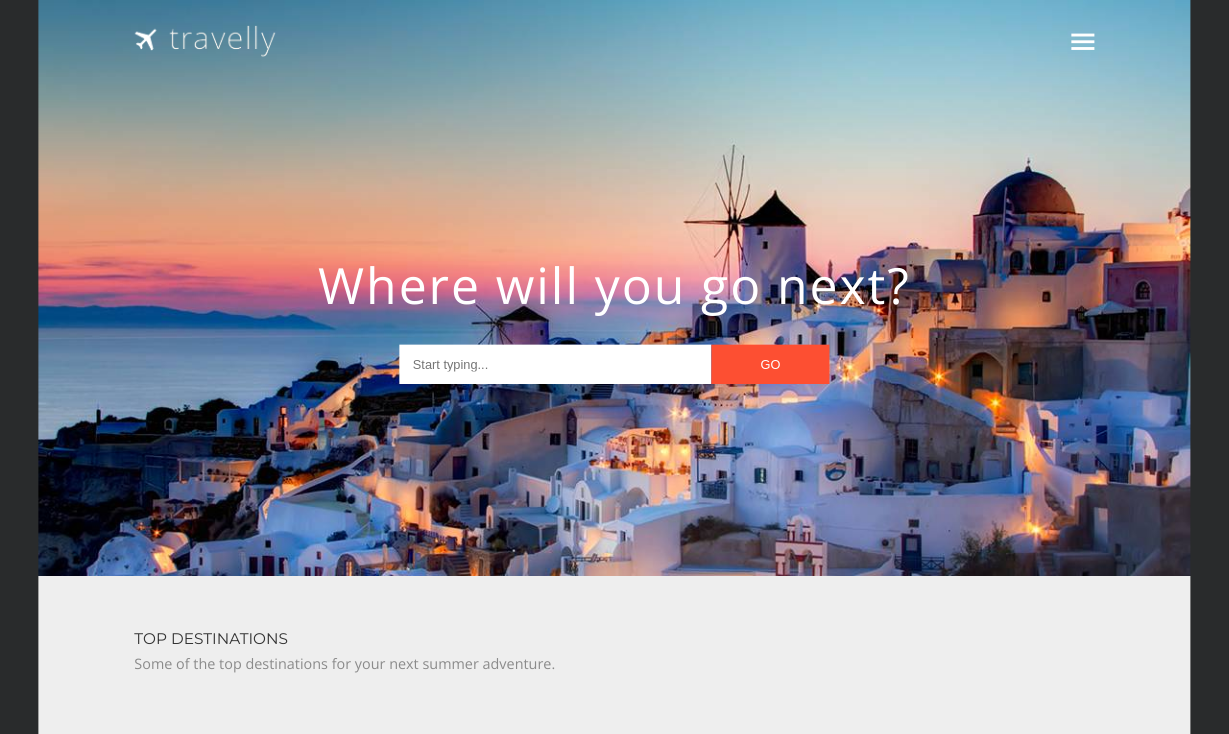
Repository: YusifHasanov/Web-Page-Template
Page: index.html
The author's editor kept a copy of each file at every save. The page is drawn from the files as they stood at one save, then again after the next save.
The browser window is 1280 px wide. The pictures show the whole page, at 96% of full size.

Above is the page before, as saved 2021-12-05 21:21:35.

After the next save:
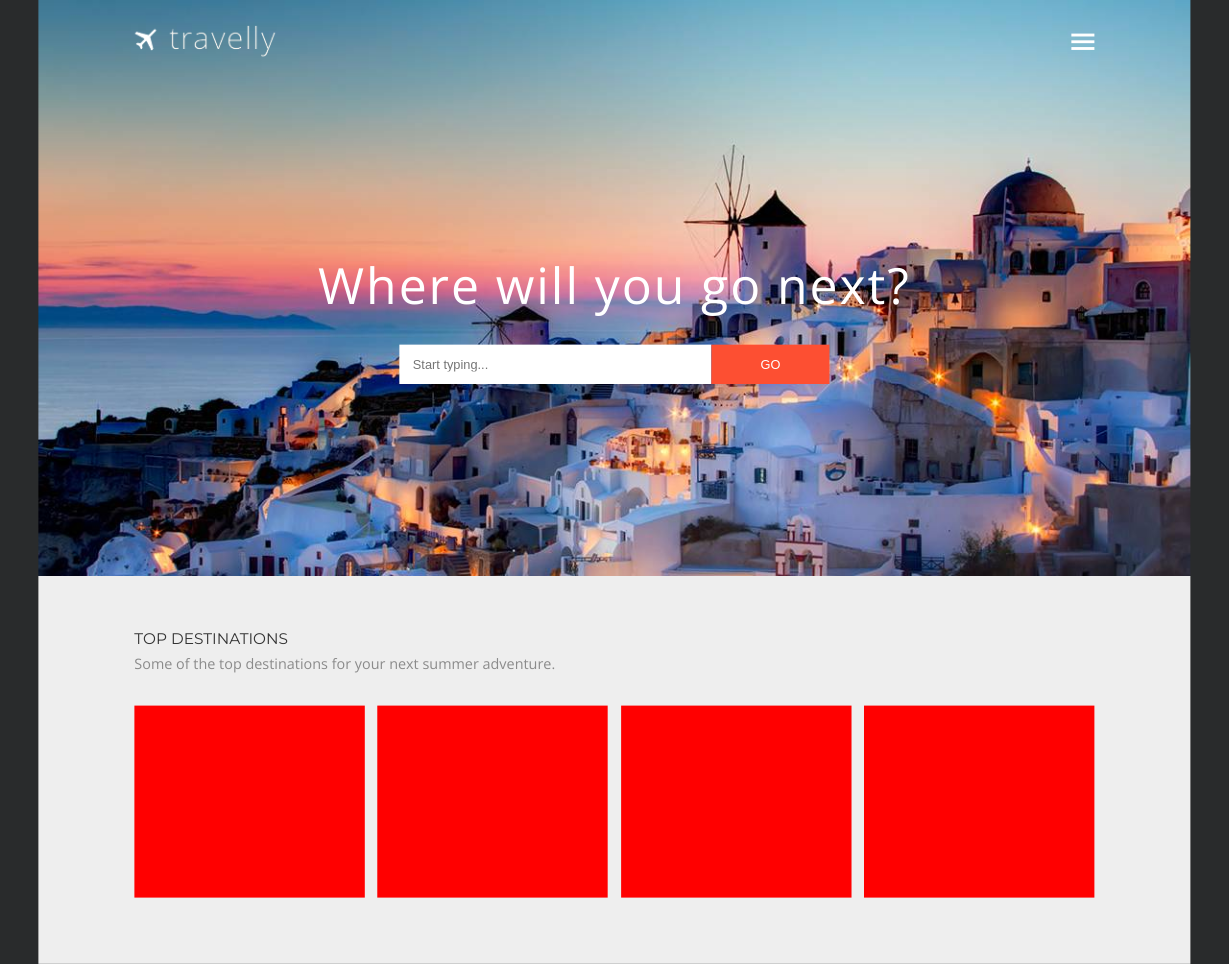
Saved 6 s later.
--- a/css/style.css
+++ b/css/style.css
@@ -106,7 +106,9 @@ button[type='submit'] {
   margin-top: 14px;
 }
 
-.flex
+.flex-container {
+  margin-top: 39px;
+}
 
 .flex-item {
   width: 24%;
